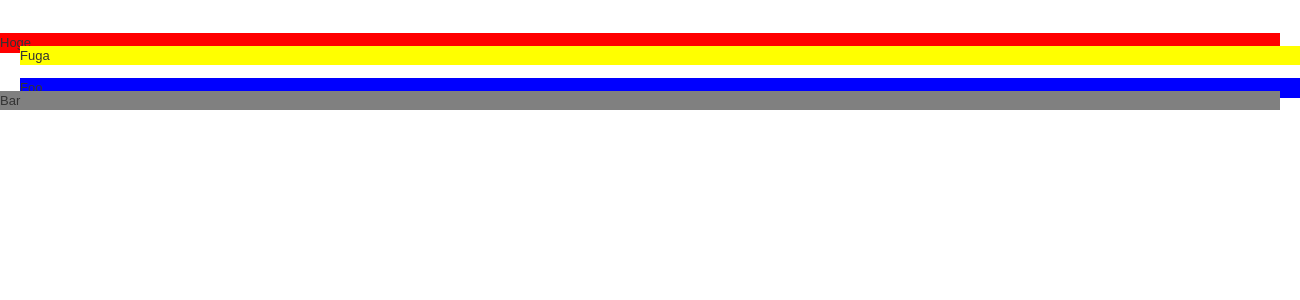
Repository: myojosamurai/Samurai_JS-
Page: HTML/6/home.html
The author's editor kept a record of every edit. The page is drawn from the files as they stood at one moment, then again after the next edit.
The browser window is 1280 px wide. The page is 1300 px wide, so the pictures cover 1300 px, including what lies to the right of the window. The pictures show the whole page.

Above is the page before.

After the next edit:
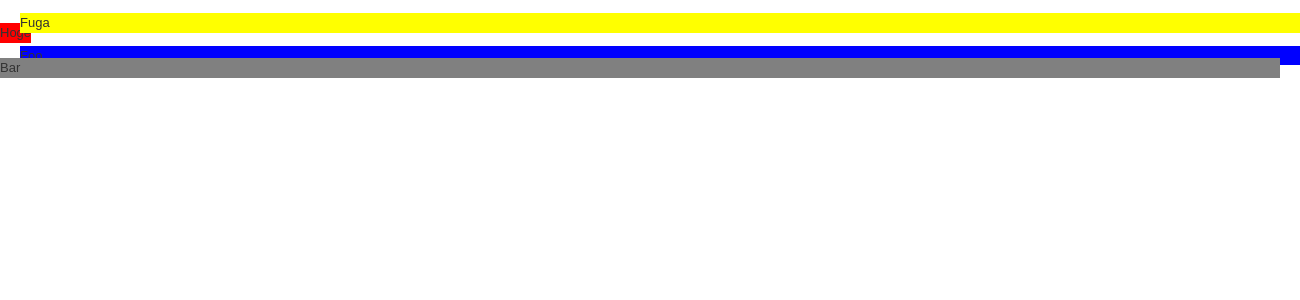
The edit:
--- a/HTML/6/stylesheet.css
+++ b/HTML/6/stylesheet.css
@@ -26,8 +26,10 @@
 
  }
  #layout1 {
-     position: relative;
-     top: 20px;
+/*     position: relative;
+     top: 20px; */
+     position:absolute;
+     top:10px;
      background-color: red;
  }
  #layout2 {
